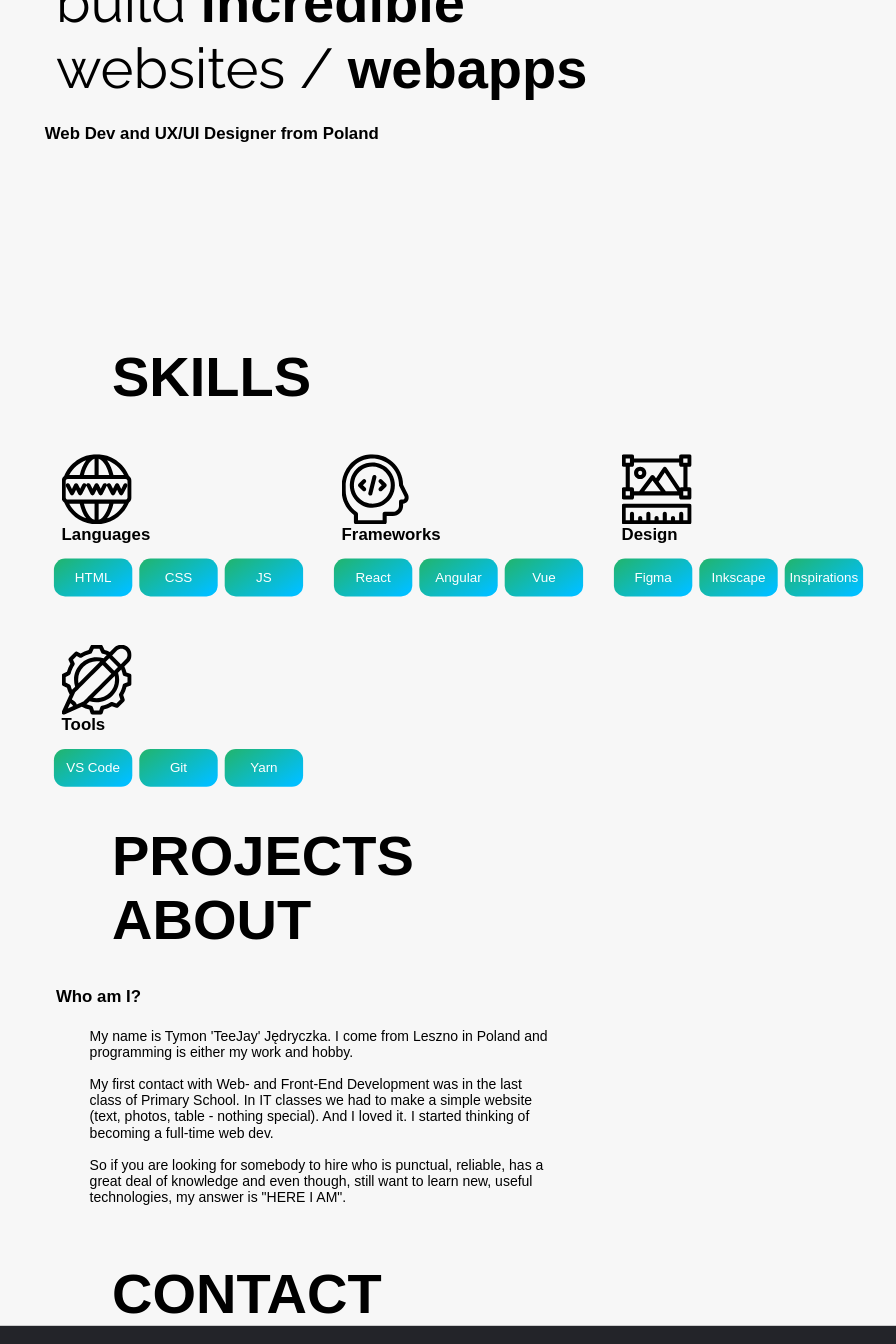
Repository: TeeJaysDev/Portfolio
Page: index.html
An editor plug-in stored every save of this project. The page is shown before and after a run of saves, followed by the edit.
The browser window is 1280 px wide. The pictures show the part of the page from y = 570 to 2490 px (the page is 2676 px tall), at 70% of full size.

Above is the page before, as saved 2021-04-24 20:52:24.

After the next 2 saves:
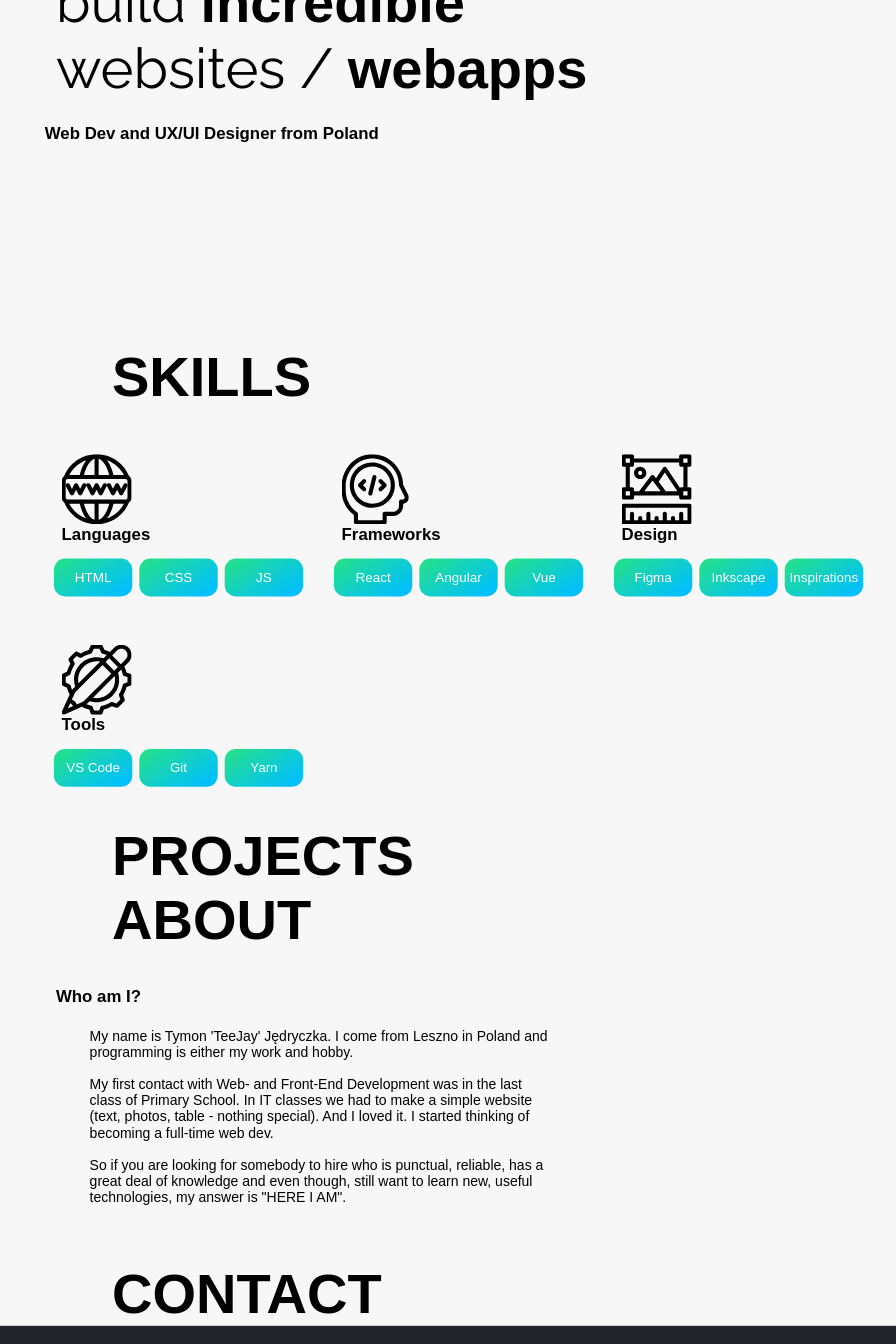
The 2 saves are shown as one change because they came seconds apart.
The last was saved 8 s later.
--- a/style.css
+++ b/style.css
@@ -81,7 +81,7 @@ h1 {
     border-radius: 1rem;
     margin: 0.3125rem 0.3125rem;
     width: 7rem;
-    background-image: linear-gradient(147deg,#22b46b,#00BFFF 90%);
+    background-image: linear-gradient(147deg,#27e284,#00BFFF 90%);
     padding-top: 1rem;
     padding-bottom: 1rem;
 }
